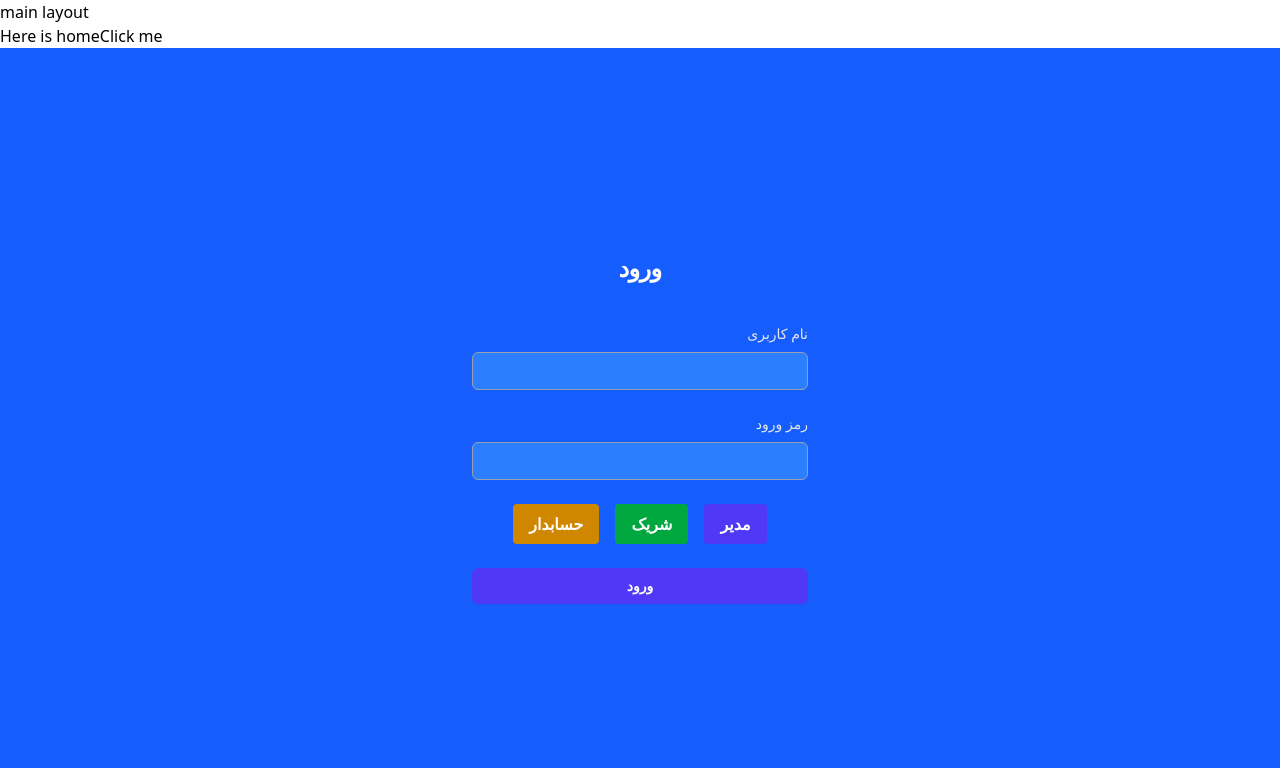
Repository: fuad303/karokhy-frontend
Page: /
The author's editor kept a copy of each file at every save. The page is drawn from the files as they stood at one save, then again after the next save.
The browser window is 1280 px wide. The pictures show the whole page.
The project was rebuilt for these pictures with package versions that can differ from the ones it lists, and the page was loaded fresh each time. Also part of the build but not shown: vite.config.ts, src/layouts/AuthLayout.tsx.

Above is the page before, as saved 2025-12-08 12:50:14.

### index.html
<!doctype html>
<html lang="en">
  <head>
    <meta charset="UTF-8" />
    <link rel="icon" type="image/svg+xml" href="/vite.svg" />
    <meta name="viewport" content="width=device-width, initial-scale=1.0" />
    <title>karokhyfront</title>
  </head>
  <body>
    <div id="root"></div>
    <script type="module" src="/src/main.tsx"></script>
  </body>
</html>

### src/main.tsx
import { StrictMode } from "react";
import { createRoot } from "react-dom/client";
import "./index.css";
import { RouterProvider } from "react-router-dom";
import { router } from "./router/router";
import { AppProvider } from "./context/Context";

createRoot(document.getElementById("root")!).render(
  <StrictMode>
    <AppProvider>
      <RouterProvider router={router} />
    </AppProvider>
  </StrictMode>
);

### src/router/router.tsx
import { createBrowserRouter } from "react-router-dom";
import MainLayout from "../layouts/MainLayout";
import Home from "../pages/Home";
import Login from "../pages/Login";
import AuthLayout from "../layouts/AuthLayout";
import { Loader } from "../loader/loader";

export const router = createBrowserRouter([
  {
    element: <MainLayout />,
    children: [
      { path: "/", element: <Home />, loader: Loader.dashboardLoader },
    ],
  },
  {
    element: <AuthLayout />,
    children: [{ path: "/login", element: <Login /> }],
  },
]);

### src/context/Context.tsx
/* eslint-disable react-refresh/only-export-components */

import { createContext, useContext, useState } from "react";

interface AppContextInterface {
  backendErrorPopup: boolean;
  setBackendErrorPopup: React.Dispatch<React.SetStateAction<boolean>>;
}

const AppContext = createContext<AppContextInterface | null>(null);

export const AppProvider = ({ children }: { children: React.ReactNode }) => {
  const [backendErrorPopup, setBackendErrorPopup] = useState(false);

  return (
    <AppContext.Provider value={{ backendErrorPopup, setBackendErrorPopup }}>
      {children}
    </AppContext.Provider>
  );
};

export const useApp = () => {
  const ctx = useContext(AppContext);
  if (!ctx) throw new Error("useApp must be used inside AppProvider");
  return ctx;
};

### src/layouts/MainLayout.tsx
import { Outlet } from "react-router-dom";

const MainLayout = () => {
  return (
    <div>
      main layout
      <main>
        <Outlet />
      </main>
    </div>
  );
};

export default MainLayout;

### src/pages/Home.tsx
import { useLoaderData } from "react-router-dom";
import { useApp } from "../context/Context";
import type { HomeInterface } from "../interfaces/home.interface";
import Login from "./Login";

const Home = () => {
  const { backendErrorPopup, setBackendErrorPopup } = useApp();
  const data = useLoaderData<HomeInterface>();

  return (
    <div>
      Here is home
      <button
        onClick={() => {
          setBackendErrorPopup((pre) => !pre);
        }}
      >
        Click me
      </button>
      {backendErrorPopup && <>{data.message}</>}
      <Login />
    </div>
  );
};

export default Home;

### src/pages/Login.tsx
import LoginPage from "../components/LoginPage";

const Login = () => {
  return (
    <>
      <LoginPage />
    </>
  );
};

export default Login;

### src/loader/loader.ts
export class Loader {
  static async dashboardLoader() {
    return {
      status: 200,
      message: "Hello from loader",
    };
  }
}

### src/components/LoginPage.tsx
import React from "react";

function LoginPage() {
  return (
    <div
      className="min-h-screen bg-blue-600 flex items-center justify-center"
      dir="rtl"
    >
      <div className="flex flex-col justify-center px-6 py-12 sm:w-full sm:max-w-sm">
        {/* عنوان */}
        <h2 className="mt-10 text-center text-2xl font-bold tracking-tight text-white">
          ورود
        </h2>

        {/* فرم */}
        <form action="#" method="POST" className="mt-10 space-y-6">
          {/* نام کاربری */}
          <div>
            <label
              htmlFor="username"
              className="block text-sm font-medium text-gray-200 text-right"
            >
              نام کاربری
            </label>
            <div className="mt-2">
              <input
                id="username"
                type="text"
                name="username"
                required
                autoComplete="username"
                className="block w-full rounded-md bg-blue-500 px-3 py-2 text-base text-white border border-gray-400 placeholder:text-gray-200 focus:border-indigo-500 focus:outline-none sm:text-sm"
              />
            </div>
          </div>

          {/* رمز ورود */}
          <div>
            <label
              htmlFor="password"
              className="block text-sm font-medium text-gray-200 text-right"
            >
              رمز ورود
            </label>
            <div className="mt-2">
              <input
                id="password"
                type="password"
                name="password"
                required
                autoComplete="current-password"
                className="block w-full rounded-md bg-blue-500 px-3 py-2 text-base text-white border border-gray-400 placeholder:text-gray-200 focus:border-indigo-500 focus:outline-none sm:text-sm"
              />
            </div>
          </div>

          {/* دکمه نقش‌ها */}
          <div className="flex gap-4 mt-4 justify-center">
            <button
              type="button"
              className="px-4 py-2 bg-indigo-600 text-white font-semibold rounded hover:bg-indigo-500 focus:outline-none focus:ring-2 focus:ring-indigo-400"
            >
              مدیر
            </button>

            <button
              type="button"
              className="px-4 py-2 bg-green-600 text-white font-semibold rounded hover:bg-green-500 focus:outline-none focus:ring-2 focus:ring-green-400"
            >
              شریک
            </button>

            <button
              type="button"
              className="px-4 py-2 bg-yellow-600 text-white font-semibold rounded hover:bg-yellow-500 focus:outline-none focus:ring-2 focus:ring-yellow-400"
            >
              حسابدار
            </button>
          </div>

          {/* دکمه ورود */}
          <div>
            <button
              type="submit"
              className="flex w-full justify-center rounded-md bg-indigo-600 px-3 py-2 text-sm font-semibold text-white shadow-xs hover:bg-indigo-500 focus-visible:outline-2 focus-visible:outline-offset-2 focus-visible:outline-indigo-600"
            >
              ورود
            </button>
          </div>
        </form>
      </div>
    </div>
  );
}

export default LoginPage;

Loaded but not shown: src/index.css (common file)

After the next save:
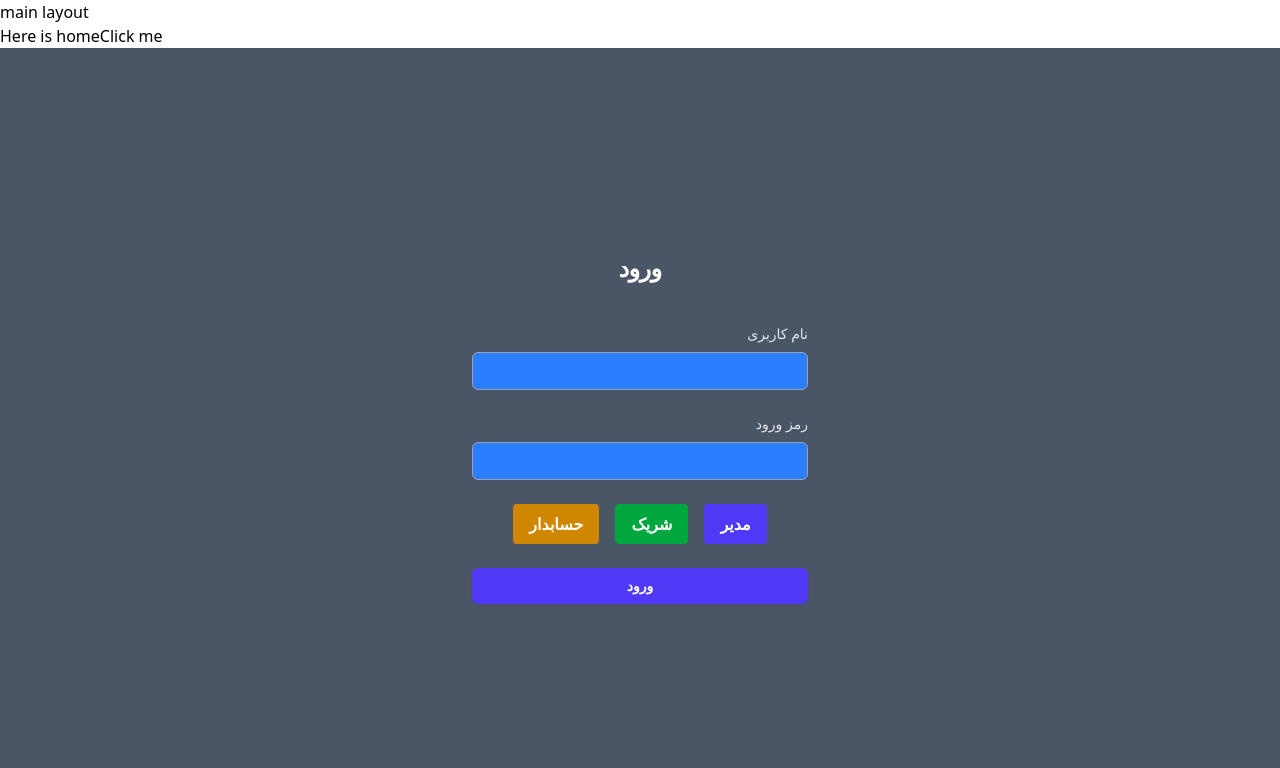
Saved 37 s later.
--- a/src/components/LoginPage.tsx
+++ b/src/components/LoginPage.tsx
@@ -3,7 +3,7 @@ import React from "react";
 function LoginPage() {
   return (
     <div
-      className="min-h-screen bg-blue-600 flex items-center justify-center"
+      className="min-h-screen bg-gray-600 flex items-center justify-center"
       dir="rtl"
     >
       <div className="flex flex-col justify-center px-6 py-12 sm:w-full sm:max-w-sm">
